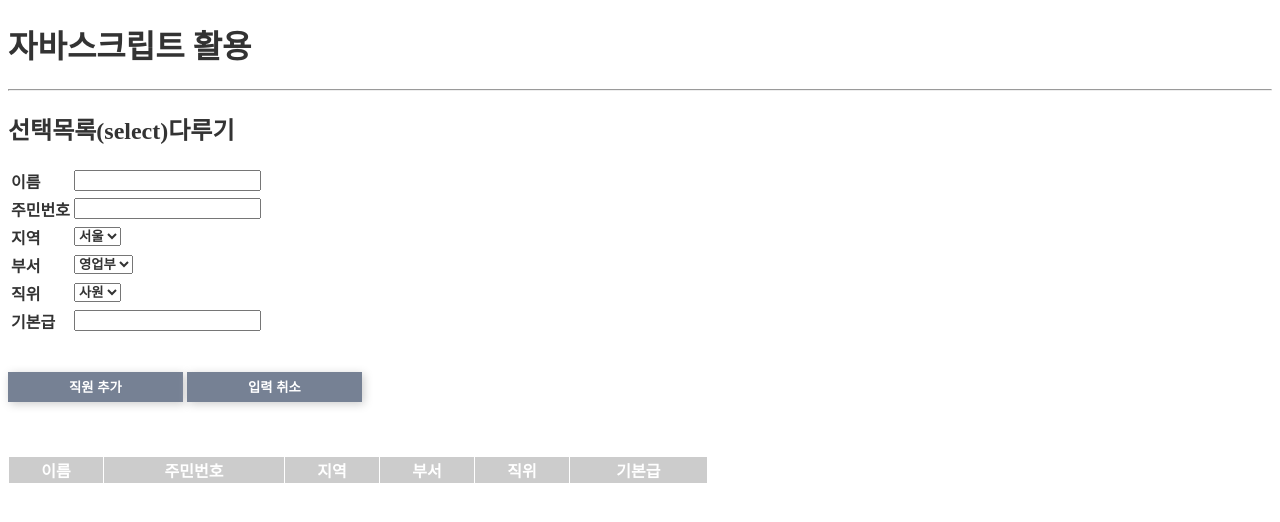
Repository: god5228god/Jsp
Page: WebApp03/WebContent/Test028.html
These files come from the project's save history. The page is drawn as it stood at one moment and after the next save; the edit follows.
The browser window is 1280 px wide. The pictures show the whole page.

Above is the page before, as saved 2026-02-25 03:05:03.

After the next save:
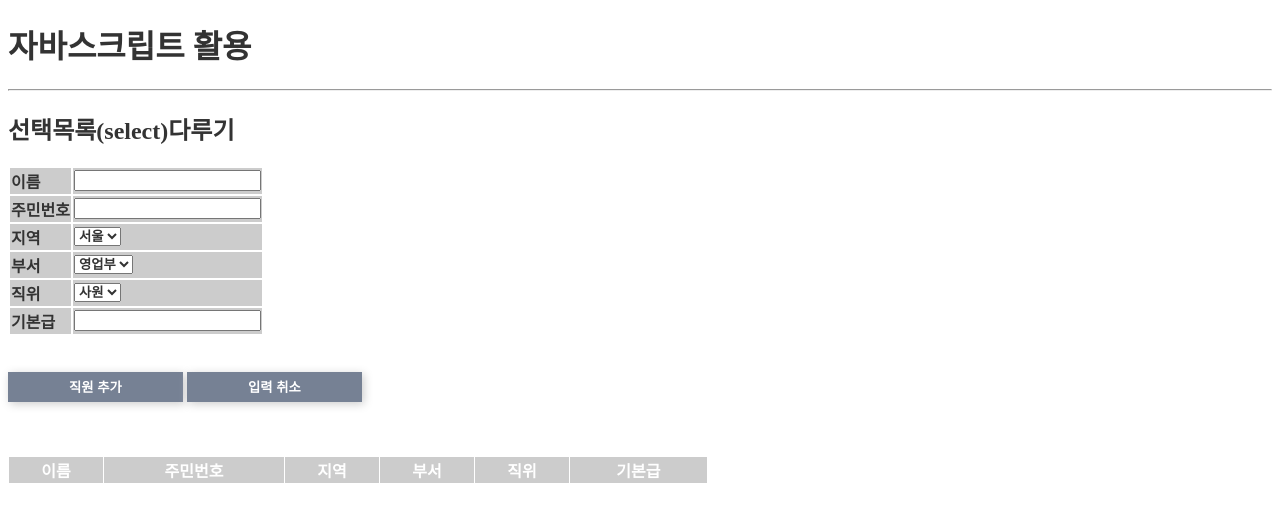
Saved 16 s later.
--- a/WebApp03/WebContent/Test028.html
+++ b/WebApp03/WebContent/Test028.html
@@ -15,9 +15,10 @@
 	.btnAdd{width: 175px; height: 30px; background-color: #768194; color: #fff;}
 	.txt{text-align: center;}
 	#memberList{width: 700px; border-collapse: collapse; border-color: #fff;}
-	#memberList td{text-align: center; background-color: #ccc;}
+	#memberList td{text-align: center;}
 	.thead{background-color: #768194;}
 	.thead td{color: #fff;}
+	td{background-color: #ccc;}
 
 
 </style>

After the save that followed:
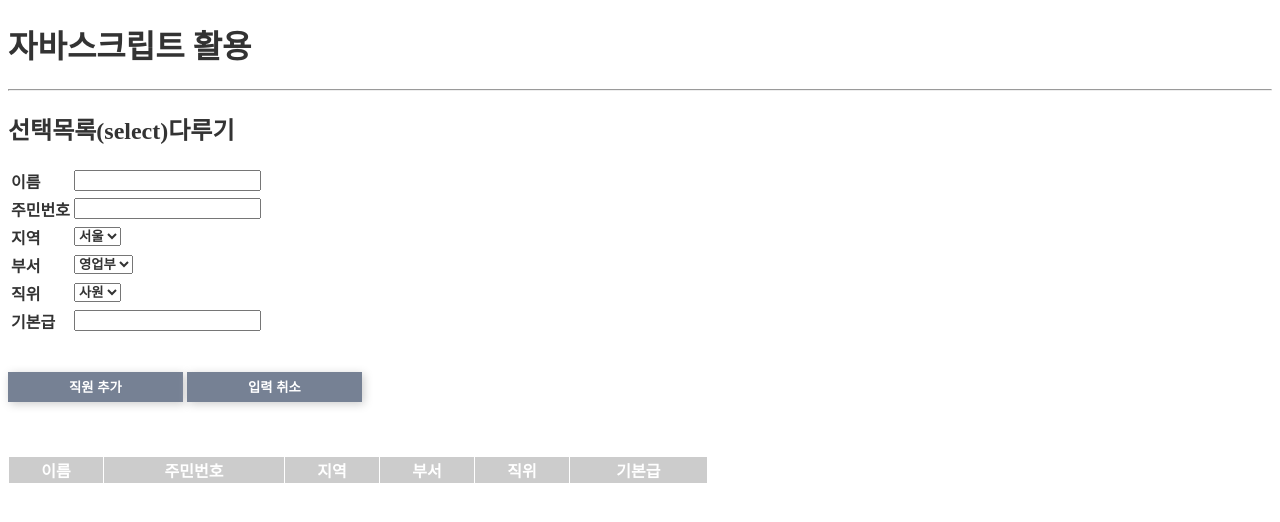
Saved 15 s later.
--- a/WebApp03/WebContent/Test028.html
+++ b/WebApp03/WebContent/Test028.html
@@ -15,10 +15,9 @@
 	.btnAdd{width: 175px; height: 30px; background-color: #768194; color: #fff;}
 	.txt{text-align: center;}
 	#memberList{width: 700px; border-collapse: collapse; border-color: #fff;}
-	#memberList td{text-align: center;}
+	#memberList td{text-align: center; background-color: #ccc;}
 	.thead{background-color: #768194;}
 	.thead td{color: #fff;}
-	td{background-color: #ccc;}
 
 
 </style>
